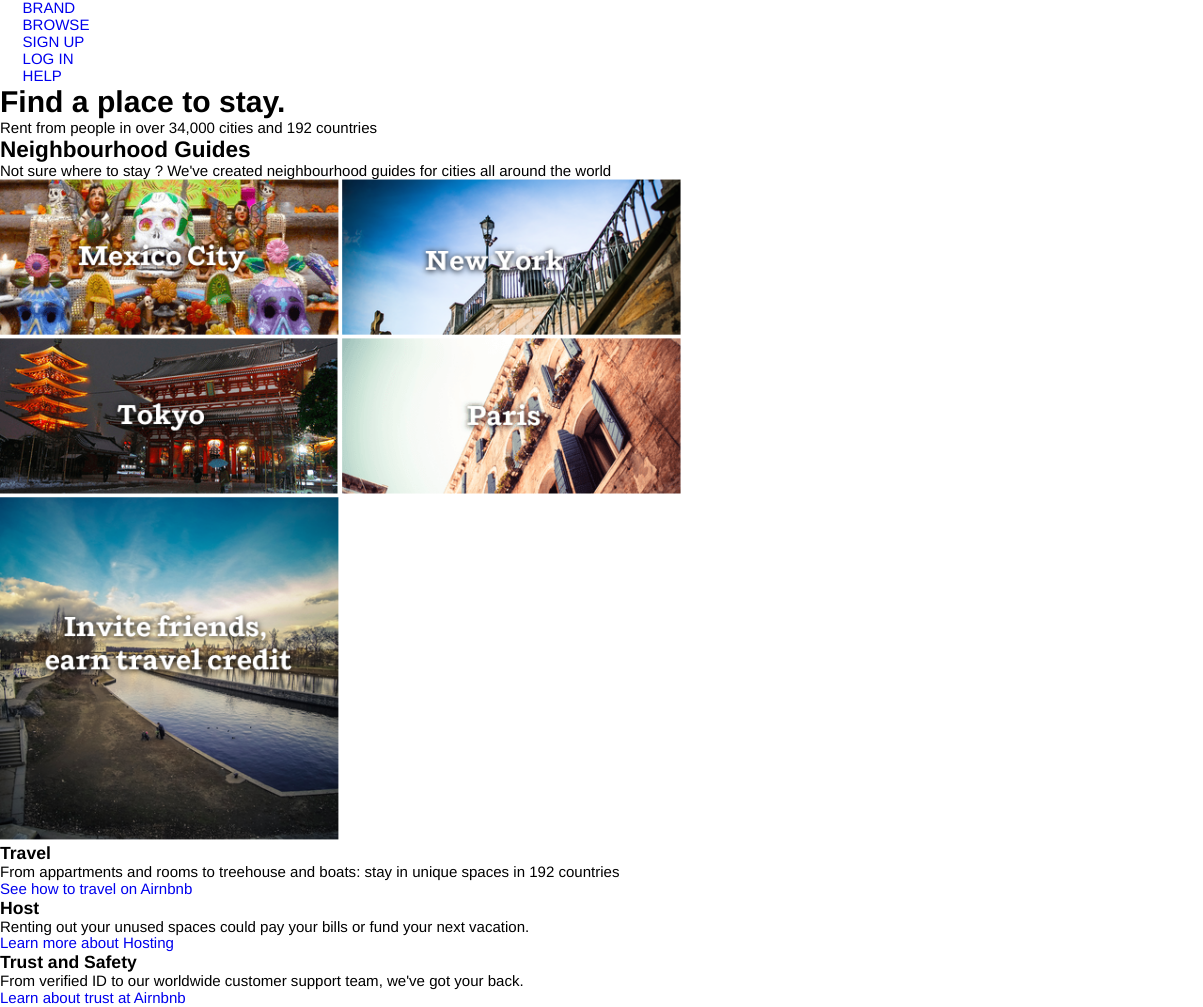
Repository: Naohonproject/web101x02-asm3
Page: Project3.html
The author's editor kept a copy of each file at every save. The page is drawn from the files as they stood at one save, then again after the next save.
The browser window is 1280 px wide. The pictures show the whole page, at 94% of full size.

Above is the page before, as saved 2022-01-21 22:44:13.

### Project3.html
<!-- @format -->

<!DOCTYPE html>
<html lang="en">
	<head>
		<meta charset="UTF-8" />
		<meta http-equiv="X-UA-Compatible" content="IE=edge" />
		<meta name="viewport" content="width=device-width, initial-scale=1.0" />
		<link rel="stylesheet" href="./assets/css/style.css" />
		<link rel="stylesheet" href="./assets/css/responsive.css" />
		<title>Home</title>
	</head>
	<body class="home-body">
		<header id="header">
			<div class="header-wrapper">
				<div class="nav-bar">
					<div class="nav-icon">
						<a href="#">Brand</a>
					</div>

					<div class="nav-icon">
						<a href="#">Browse</a>
					</div>

					<div class="nav-icon">
						<a href="Signup.html" target="_blank">Sign Up</a>
					</div>

					<div class="nav-icon">
						<a href="login.html" target="_blank">Log In</a>
					</div>

					<div class="nav-icon">
						<a href="#" target="_blank">Help</a>
					</div>

				</div>
			</div>
		</header>

		<!-- <video
			src="./assets/video/slider.mp4"
			controls
			autoplay
			muted
			style="width: 100%"
		></video> -->

		<div id="banner">
			<div class="banner-wrapper">
				<div class="banner-text-content">
					<div class="content-heading">
						<h1 class="white-text">Find a place to stay.</h1>
					</div>
					<div class="content-desc">
						<p class="white-text">
							Rent from people in over 34,000 cities and 192 countries
						</p>
					</div>
				</div>
			</div>
		</div>

		<div id="content">
			<div class="content-wrapper box-padding">
				<div class="content-heading">
					<h2>Neighbourhood Guides</h2>
					<p>
						Not sure where to stay ? We've created neighbourhood guides for
						cities all around the world
					</p>
				</div>
				<div class="content-images-table">
					<div class="image-block">
						<img
							class="first-img"
							src="./assets/img/web101x-Mexico City.png"
							alt="Mexico City"
							width="360"
						/>
						<img
							src="./assets/img/web101x-New York.png"
							alt="New York City"
							width="360"
						/>
					</div>
					<div class="image-block">
						<img
							class="first-img"
							src="./assets/img/web101x-Tokyo.png"
							alt="Tokyo City"
							width="360"
						/>
						<img
							src="./assets/img/web101x-Paris.png"
							alt="Paris City"
							width="360"
						/>
					</div>
					<div class="image-block">
						<img
							src="./assets/img/web101x-Invitation.png"
							alt="Invitation image"
							width="360"
						/>
					</div>
				</div>
				<div class="clear"></div>
			</div>
		</div>

		<footer id="footer">
			<div class="footer-wrapper box-padding">
				<div class="footer-block">
					<h3 class="bold-text">Travel</h3>
					<p>
						From appartments and rooms to treehouse and boats: stay in unique
						spaces in 192 countries
					</p>
					<a href="#">See how to travel on Airnbnb</a>
				</div>

				<div class="footer-block">
					<h3 class="bold-text">Host</h3>
					<p>
						Renting out your unused spaces could pay your bills or fund your
						next vacation.
					</p>
					<a href="#">Learn more about Hosting</a>
				</div>

				<div class="footer-block">
					<h3 class="bold-text">Trust and Safety</h3>
					<p>
						From verified ID to our worldwide customer support team, we've got
						your back.
					</p>
					<a href="#">Learn about trust at Airnbnb</a>
				</div>
				<div class="clear"></div>
			</div>
		</footer>
		</div>
	</body>
</html>

### assets/css/style.css
/**
 * /* ======reset css======
 *
 * @format
 */

*,
::before,
::after {
	padding: 0;
	margin: 0;
	box-sizing: border-box;
	list-style-type: none;
	text-decoration: none;
}

html {
	font-family: "Helvetica Neue", Helvetica, Arial;
	color: #000;
}

#header {
}
.header-wrapper {
	width: 100%;
	height: 56px

	background-color: #60646d;
	background-clip: border-box;
	font-size: 16px;
	text-transform: uppercase;

	padding: 0px 24px;
}

Loaded but not shown: assets/css/responsive.css (no copy from this time; the picture is the same without it)

After the next save:
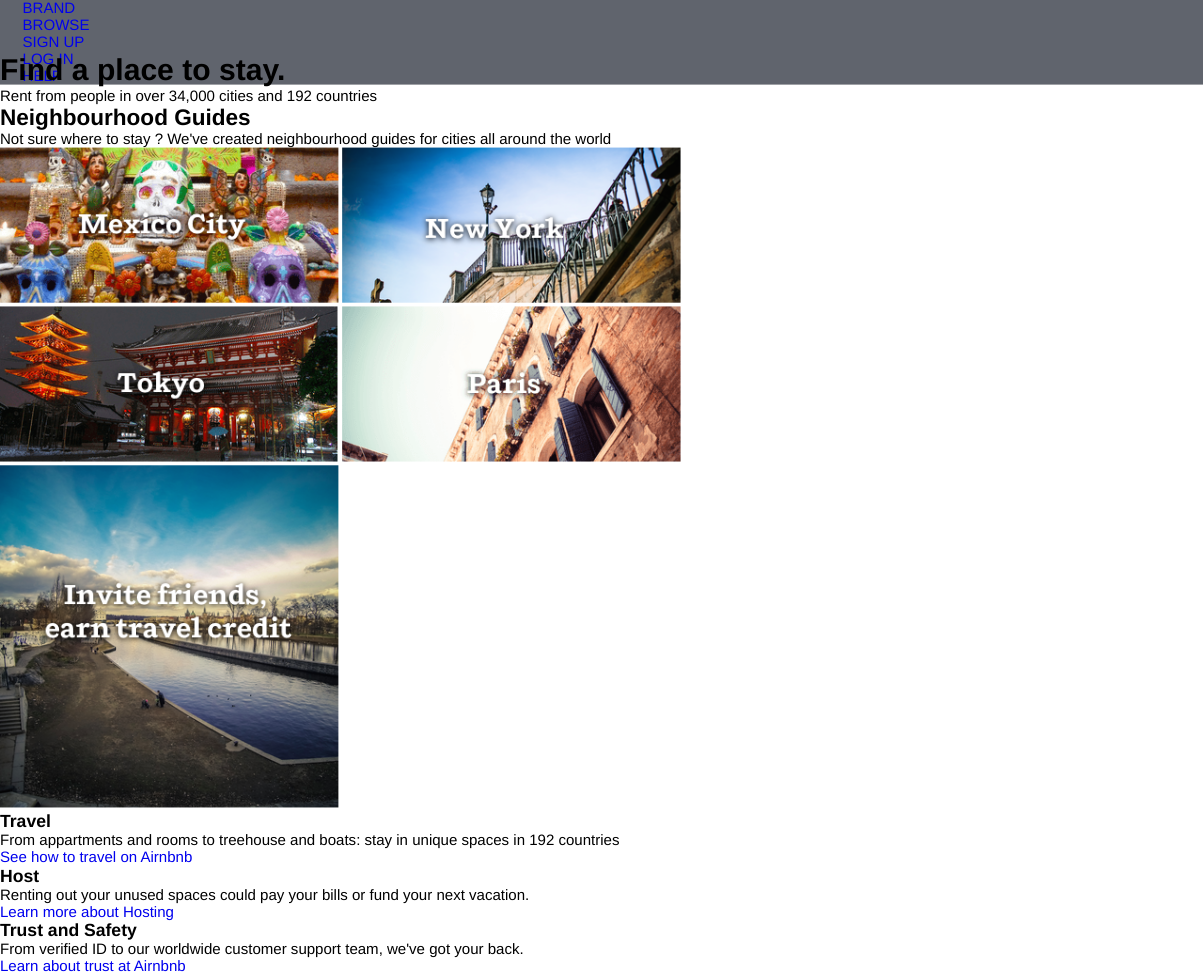
Saved 30 s later.
--- a/assets/css/style.css
+++ b/assets/css/style.css
@@ -20,11 +20,10 @@ html {
 }
 
 #header {
+	width: 100%;
+	height: 56px;
 }
 .header-wrapper {
-	width: 100%;
-	height: 56px
-
 	background-color: #60646d;
 	background-clip: border-box;
 	font-size: 16px;
